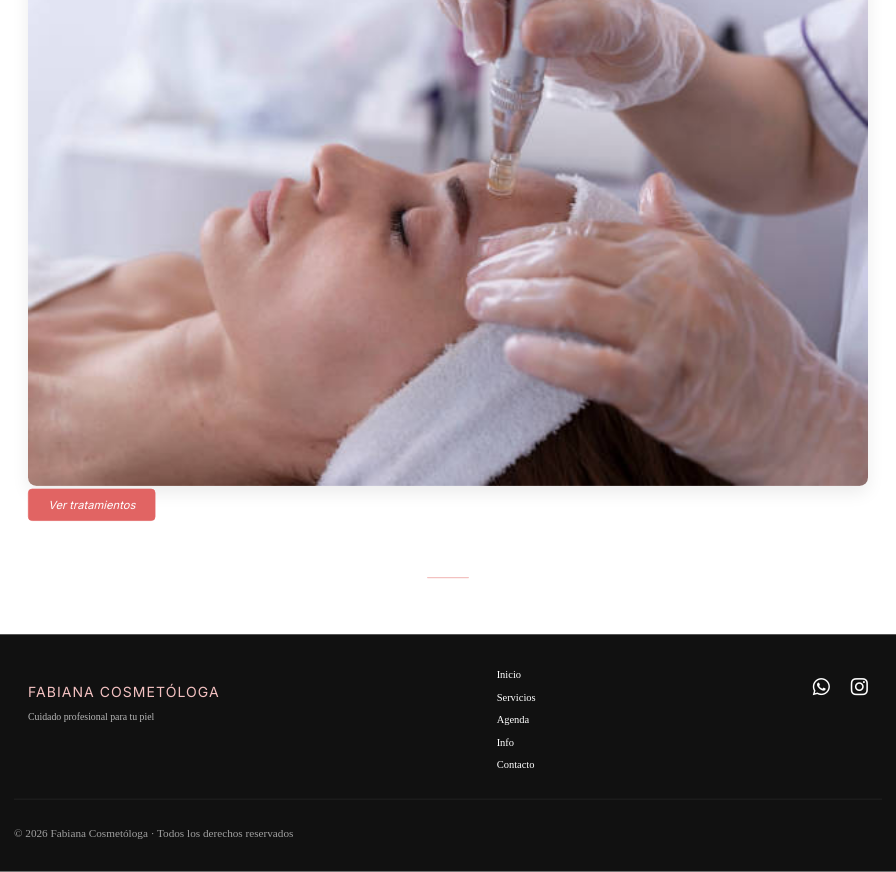
Repository: thiagobal1891-sudo/paginaweb
Page: pages/info.html
An editor plug-in stored every save of this project. The page is shown before and after the next save, followed by the edit.
The browser window is 1280 px wide. The pictures show the part of the page from y = 1033 to 2953 px (the page is 2278 px tall before and 2953 px after), at 70% of full size.
Some web fonts or font styles are not loaded; a fallback is used.

Above is the page before, as saved 2026-03-11 19:42:30.
Console error: ReferenceError: emailjs is not defined

After the next save:
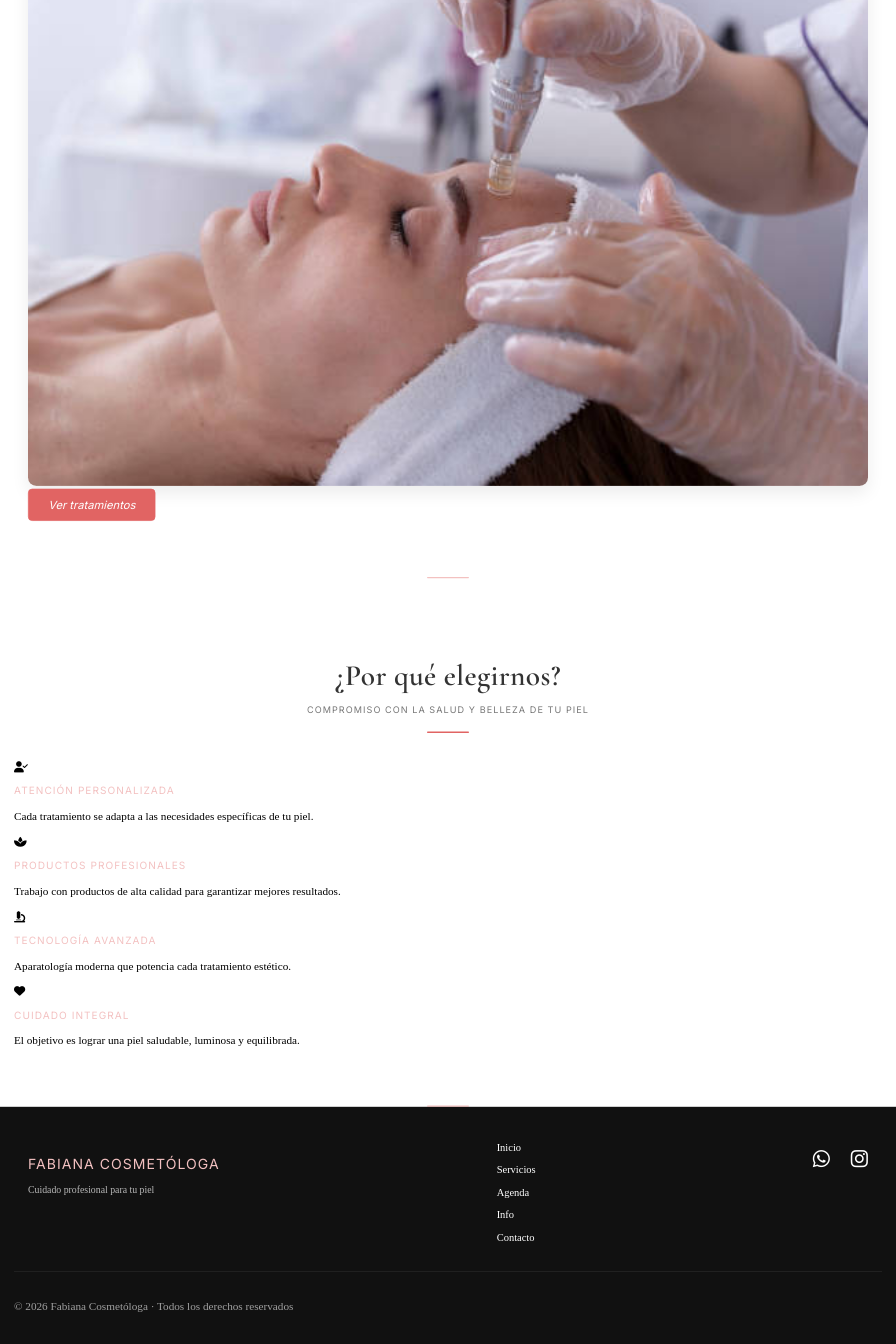
Saved 6 min 0 s later.
--- a/pages/info.html
+++ b/pages/info.html
@@ -100,7 +100,46 @@ Ver tratamientos
 </div>
 
 </section>
+<section class="confianza appear">
 
+<div class="container">
+
+<div class="section-title">
+<h2>¿Por qué elegirnos?</h2>
+<p>Compromiso con la salud y belleza de tu piel</p>
+</div>
+
+<div class="confianza-grid">
+
+<div class="confianza-item">
+<i class="fa-solid fa-user-check"></i>
+<h3>Atención personalizada</h3>
+<p>Cada tratamiento se adapta a las necesidades específicas de tu piel.</p>
+</div>
+
+<div class="confianza-item">
+<i class="fa-solid fa-spa"></i>
+<h3>Productos profesionales</h3>
+<p>Trabajo con productos de alta calidad para garantizar mejores resultados.</p>
+</div>
+
+<div class="confianza-item">
+<i class="fa-solid fa-microscope"></i>
+<h3>Tecnología avanzada</h3>
+<p>Aparatología moderna que potencia cada tratamiento estético.</p>
+</div>
+
+<div class="confianza-item">
+<i class="fa-solid fa-heart"></i>
+<h3>Cuidado integral</h3>
+<p>El objetivo es lograr una piel saludable, luminosa y equilibrada.</p>
+</div>
+
+</div>
+
+</div>
+
+</section>
   <footer class="footer">
   <div class="footer-container">
 
